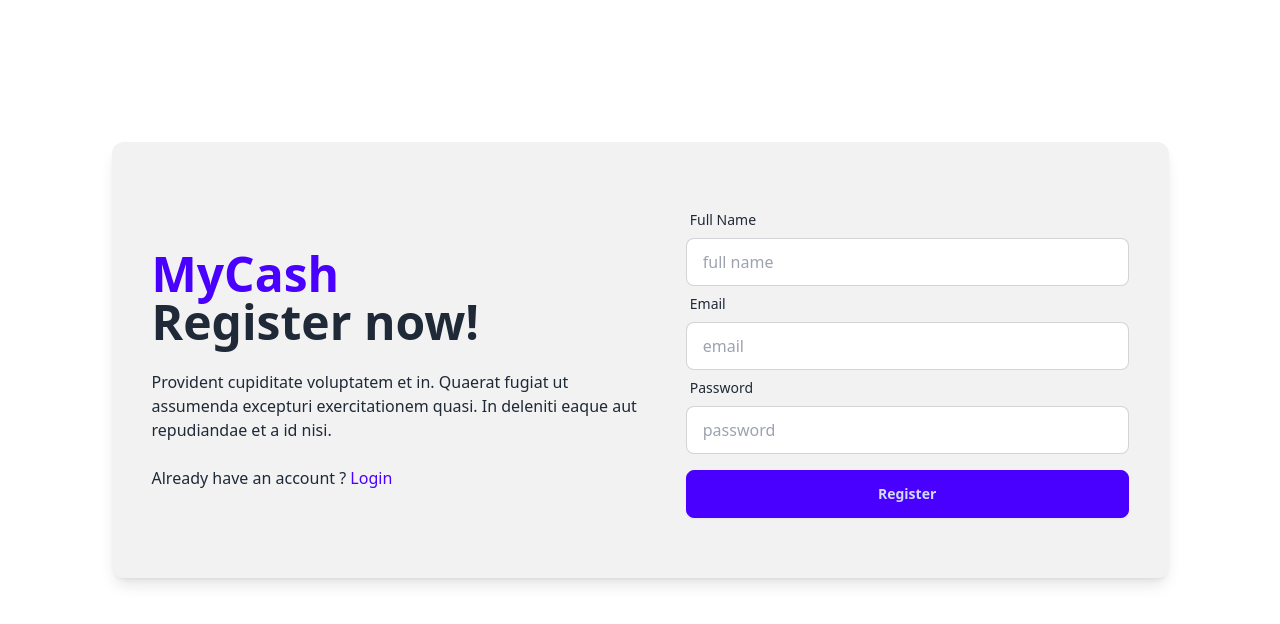
Repository: ShouravAhammed/Showcase
Page: /signUp
The author's editor kept a copy of each file at every save. The page is drawn from the files as they stood at one save, then again after the next save.
The browser window is 1280 px wide. The pictures show the whole page.
The project was rebuilt for these pictures with package versions that can differ from the ones it lists, and the page was loaded fresh each time. Also part of the build but not shown: vite.config.js, src/Pages/Login/Login.jsx, src/Components/Shared/Navbar.jsx, src/Layouts/Root.jsx, src/Pages/Home/Home.jsx.

Above is the page before, as saved 2024-08-19 02:34:13.

### src/main.jsx
import { StrictMode } from 'react'
import { createRoot } from 'react-dom/client'
import {
  RouterProvider,
} from "react-router-dom";
import './index.css'
import router from './Routes/Routes';

createRoot(document.getElementById('root')).render(
  <StrictMode>
    <RouterProvider router={router}/>
  </StrictMode>,
)

### src/index.css
/* Fonts from google fonts */
@import url('https://fonts.googleapis.com/css2?family=Poppins:ital,wght@0,100;0,200;0,300;0,400;0,500;0,600;0,700;0,800;0,900;1,100;1,200;1,300;1,400;1,500;1,600;1,700;1,800;1,900&display=swap');

@tailwind base;
@tailwind components;
@tailwind utilities;

### src/Routes/Routes.jsx
import {
    createBrowserRouter,
} from "react-router-dom";
import SignUp from "../Pages/SignUp/SignUp";
import Login from "../Pages/Login/Login";
import Root from "../Layouts/Root";
import Home from "../Pages/Home/Home";

const router = createBrowserRouter([
    {
      path: "/",
      element: <Root/>,
      children: [
        {
          path: "/",
          element: <Home/>
        },
      ]
    },
    {
        path: "/signUp",
        element: <SignUp/>
    },
    {
        path: "/Login",
        element: <Login/>
    }
  ]);
export default router;

### src/Pages/SignUp/SignUp.jsx
import { Link } from "react-router-dom";

const SignUp = () => {

    const handleRegister = () => {

    }

    return (
        <div className="min-h-screen flex justify-center items-center">
        <div className="  bg-base-200 shadow-lg h-1/2 py-10 rounded-xl">
            <div className="flex flex-col items-center gap-x-10 lg:flex-row-reverse px-10 py-5 ">
                <div className="w-full max-w-xl">
                    <form onSubmit={handleRegister} className="gap-x-5 flex-col">
                        <div className="form-control">
                            <label className="label">
                                <span className="label-text">Full Name</span>
                            </label>
                            <input name="fullName" required type="text" placeholder="full name" className="input input-bordered" />
                        </div>
                        <div className="form-control">
                            <label className="label">
                                <span className="label-text">Email</span>
                            </label>
                            <input name="email" type="email" placeholder="email" className="input input-bordered" required />
                        </div>
                        <div className="form-control">
                            <label className="label">
                                <span className="label-text">Password</span>
                            </label>
                            <input name="password" type="password" placeholder="password" className="input input-bordered" required />

                        </div>

                        <div className="form-control mt-4 col-span-2 flex justify-center items-center">
                            <button className="btn btn-primary w-full">Register</button>
                        </div>
                    </form>
                </div>
                <div className="text-center lg:text-left max-w-2xl mt-5">
                    <div>

                        <h1 className="text-5xl font-bold text-primary">MyCash </h1>
                        <h1 className="text-5xl font-bold">Register now!</h1>
                        <p className="py-6">
                            Provident cupiditate voluptatem et in. Quaerat fugiat ut assumenda excepturi exercitationem
                            quasi. In deleniti eaque aut repudiandae et a id nisi.
                        </p>
                    </div>

                    <div>
                        <p>Already have an account ? <Link className="text-primary" to={'/login'}>Login </Link></p>
                    </div>
                </div>
            </div>
        </div>
    </div>
    );
};

export default SignUp;

### tailwind.config.js
/** @type {import('tailwindcss').Config} */
import daisyui from "daisyui";
export default {
content: ["./index.html", "./src/**/*.{js,ts,jsx,tsx}"],
theme: {
extend: {
  fontFamily: {
    "Poppins": 'font-family: "Poppins", sans-serif;',
  },
},
},
plugins: [daisyui],
daisyui: { themes: ["light"] },
};

Loaded but not shown: index.html (common file)

After the next save:
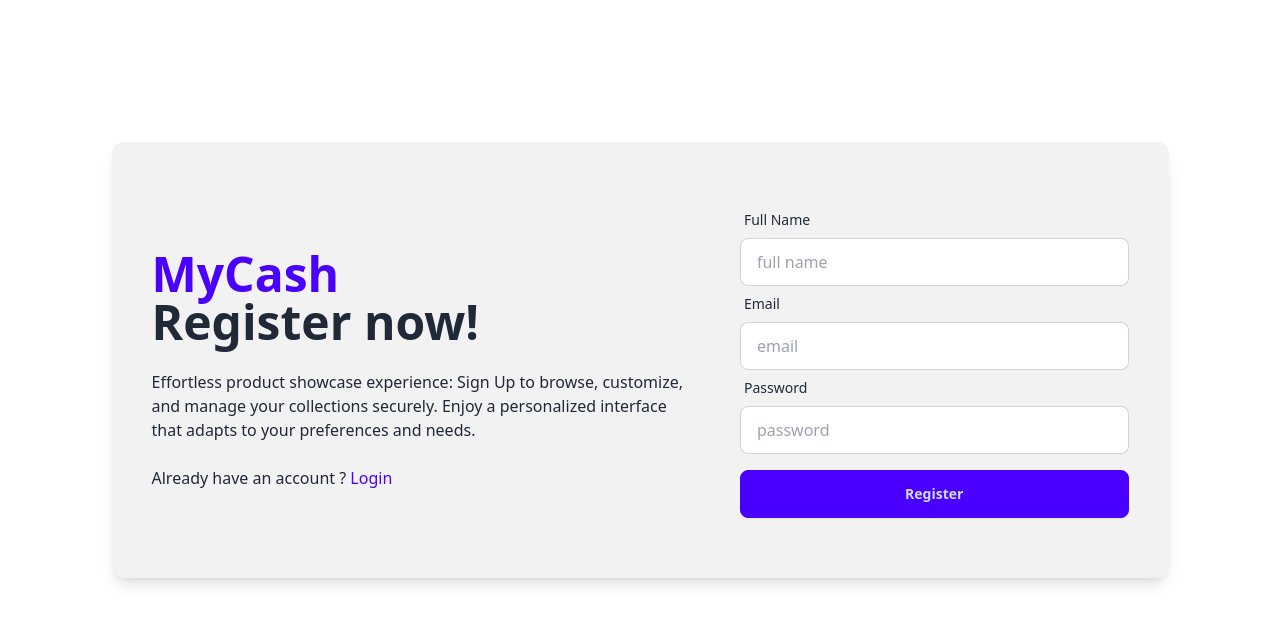
Saved 4 min 58 s later.
--- a/src/Pages/SignUp/SignUp.jsx
+++ b/src/Pages/SignUp/SignUp.jsx
@@ -43,8 +43,7 @@ const SignUp = () => {
                         <h1 className="text-5xl font-bold text-primary">MyCash </h1>
                         <h1 className="text-5xl font-bold">Register now!</h1>
                         <p className="py-6">
-                            Provident cupiditate voluptatem et in. Quaerat fugiat ut assumenda excepturi exercitationem
-                            quasi. In deleniti eaque aut repudiandae et a id nisi.
+                        Effortless product showcase experience: Sign Up to browse, customize, and manage your collections securely. Enjoy a personalized interface that adapts to your preferences and needs.
                         </p>
                     </div>
 
